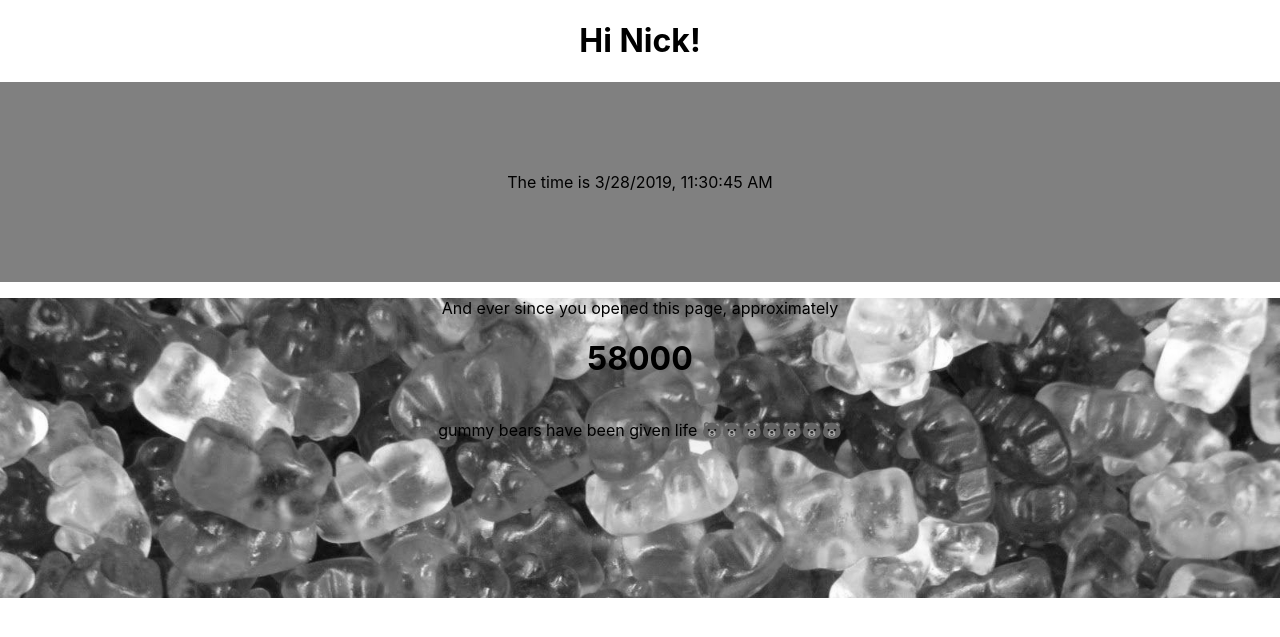
Repository: crispinonicky/gummy-facts
Page: /
An editor plug-in stored every save of this project. The page is shown before and after the next save, followed by the edit.
The browser window is 1280 px wide. The pictures show the whole page.
The project was rebuilt for these pictures with package versions that can differ from the ones it lists, and the page was loaded fresh each time.

Above is the page before, as saved 2019-03-28 15:33:41.

### src/App.js
import React, { Component } from 'react';
import './App.css';
import Clock from './components/Clock';
import GummyCount from './components/GummyCount';
import Map from './components/Map';


class App extends Component {
  constructor(props){
    super(props)

    this.state = {
      name: "Nick"
    }

  }



  render() {
    return (
      <div className="App">


      <h1>
        Hi {this.state.name}!
      </h1>

        <Clock />
        <GummyCount />
        <Map />


      </div>
    );
  }
}

export default App;

### src/App.css
.App {
  text-align: center;
  margin: 0 auto;
}

.Clock {
  height: 200px;
  background: gray;
}

.Clock p {
  position: relative;
  top: 90px;

}

.Count {
  height: 300px;
  background: url('./images/gummy\ bears.jpg');
  background-size: cover;
  filter: grayscale(100%)
}

/* #googleMap {
  height: 300px;
  width: 400px;
} */

### src/components/Clock.js
import React, { Component } from "react";
import "../App.css";

let time = new Date().toLocaleString();

class Clock extends React.Component {
  constructor(props) {

    super(props)
    this.state = {
      time: new Date().toLocaleString(),
    };
  }

  componentDidMount() {
    this.intervalID = setInterval(
      () => this.tick(),
      1000
    )
  }

  componentWillUnmount() {
    clearInterval(this.intervalID);
  }

  tick() {
    this.setState({
      time: new Date().toLocaleString()
    });
  }

  render() {
    return (
      <div className = "Clock">
      <p>
        The time is {this.state.time}
      </p>
      </div>
    );
  }
}

console.log(typeof time)


export default Clock;

### src/components/GummyCount.js
const React = require('react')

class GummyCount extends React.Component {
  constructor(props) {
    super(props);
    this.state = {
      seconds: 0,
    };
  }

  tick() {
    this.setState(state => ({
      seconds: state.seconds + 1
    }));
  }

  componentDidMount() {
    this.interval = setInterval(() => this.tick(), 10);
  }

  componentWillUnmount() {
    clearInterval(this.interval);
  }

  render() {

    return (
<div>
      <div className = "Count">
        <p>
        And ever since you opened this page, approximately
        <br/>
        <h1>{this.state.seconds * 116}</h1>
        <br/>
        gummy bears have been given life 🐻🐻🐻🐻🐻🐻🐻
        </p>
      </div>
      </div>
    );
  }
}

export default GummyCount;

### src/components/Map.js
import React, { Component } from 'react';
import '../App.css';

// my map: https://maps.googleapis.com/maps/api/js?key=AIzaSyCrbuDGnqcHSG6nK1oo2PyiiXvsyWLZelo&callback=myMap

class Map extends React.Component {
  constructor(props){
    super(props)

    this.state = {
      name: "Nick"
    }

  }



  render() {
    return (
      <div className="Map">

<div id="googleMap">

</div>



      </div>
    );
  }
}

export default Map;

Loaded but not shown: public/index.html (common file); src/index.js (common file); src/index.css (common file); src/serviceWorker.js (common file)

After the next save:
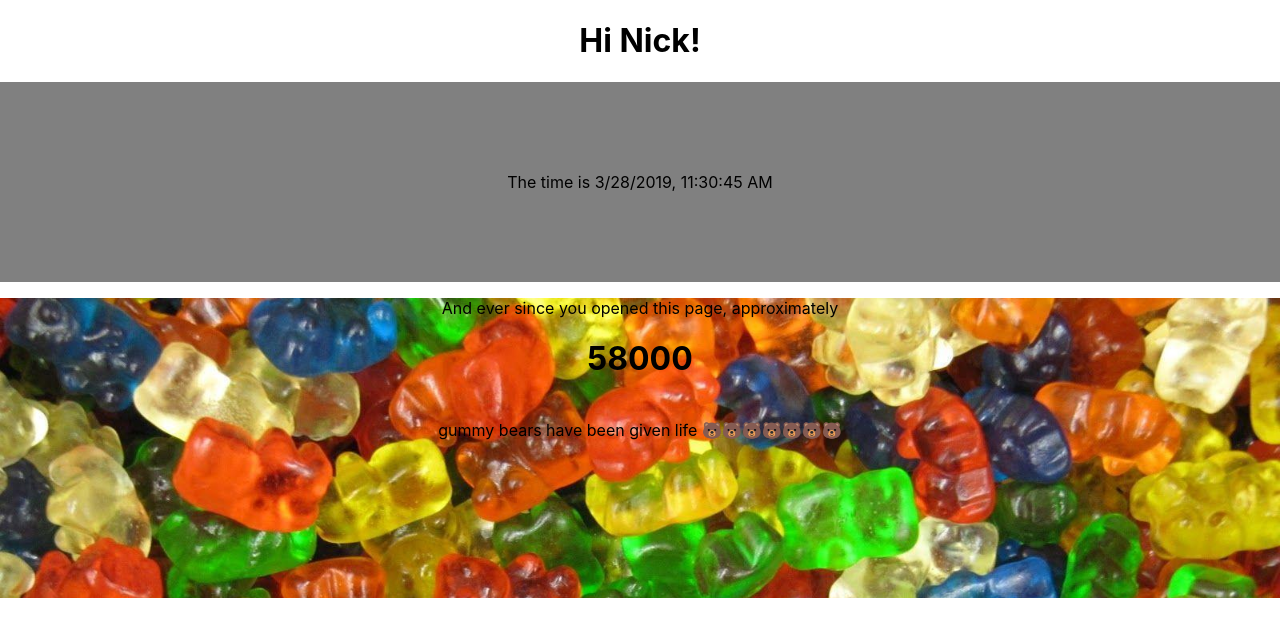
Saved 7 s later.
--- a/src/App.css
+++ b/src/App.css
@@ -18,7 +18,6 @@
   height: 300px;
   background: url('./images/gummy\ bears.jpg');
   background-size: cover;
-  filter: grayscale(100%)
 }
 
 /* #googleMap {
